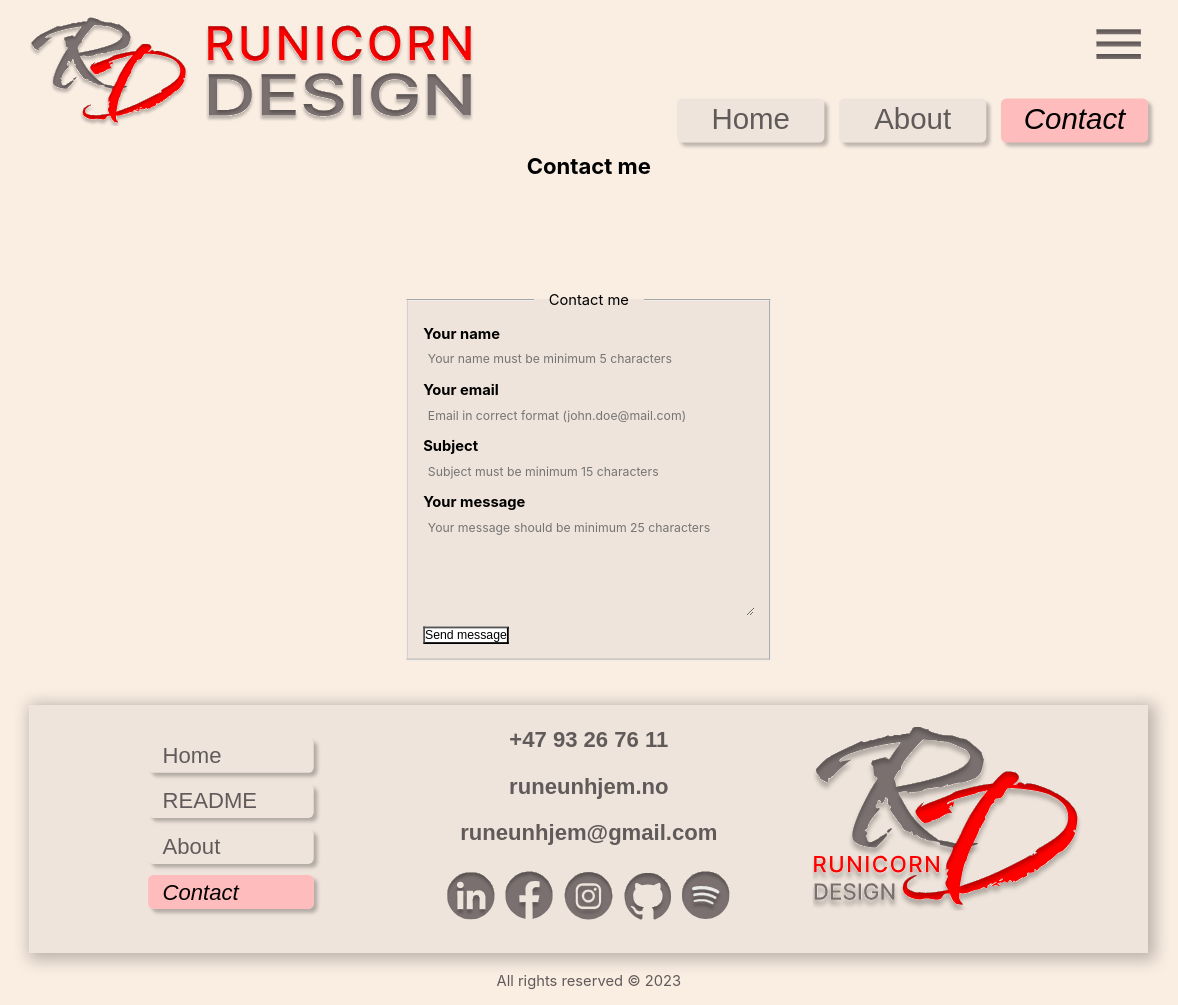
Repository: runeunhjem/portfolio1-ca
Page: contact.html
These files come from the project's save history. The page is drawn as it stood at one moment and after the next save; the edit follows.
The browser window is 1280 px wide. The pictures show the whole page, at 92% of full size.
Some web fonts or font styles are not loaded; a fallback is used. The style sheet was rebuilt from its Sass, Less or Tailwind sources for each picture, by a compiler version that may differ from the author's.

Above is the page before, as saved 2023-06-08 06:16:59.

After the next save:
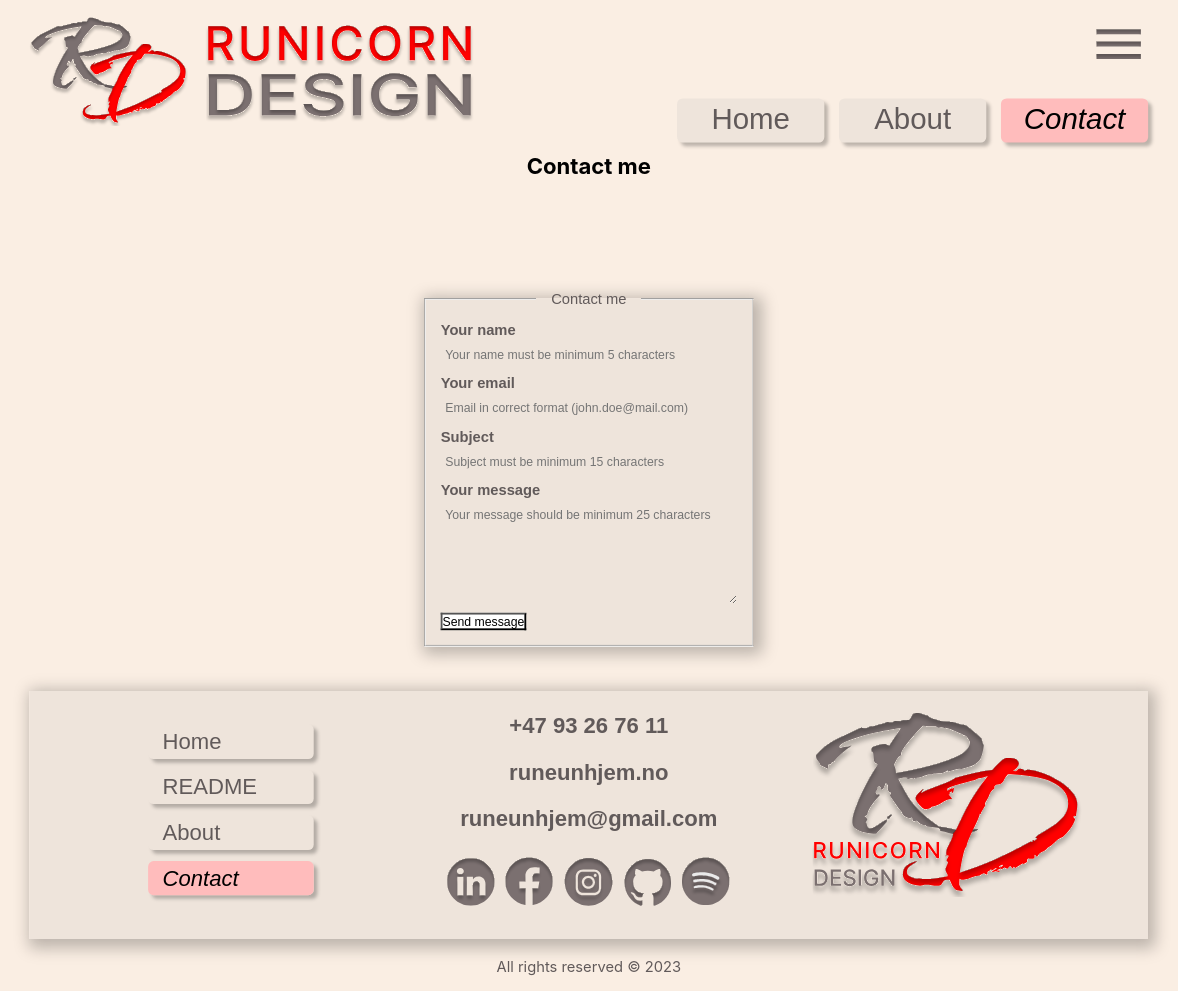
Saved 44 s later.
--- a/contact.html
+++ b/contact.html
@@ -36,7 +36,7 @@
     <section class="contact-section flex">
       <h1 class="flex header">Contact me</h1>
       <!-- [contact-form-7 id="158" title="Chef's Teable Contact Form"] -->
-      <fieldset class="contact-fieldset flex-column">
+      <fieldset class="contact-fieldset contact flex-column">
         <legend class="contact-legend">Contact me</legend>
         <form class="contact-form" id="contact-form" method="post">
           <div class="form-label-error">
